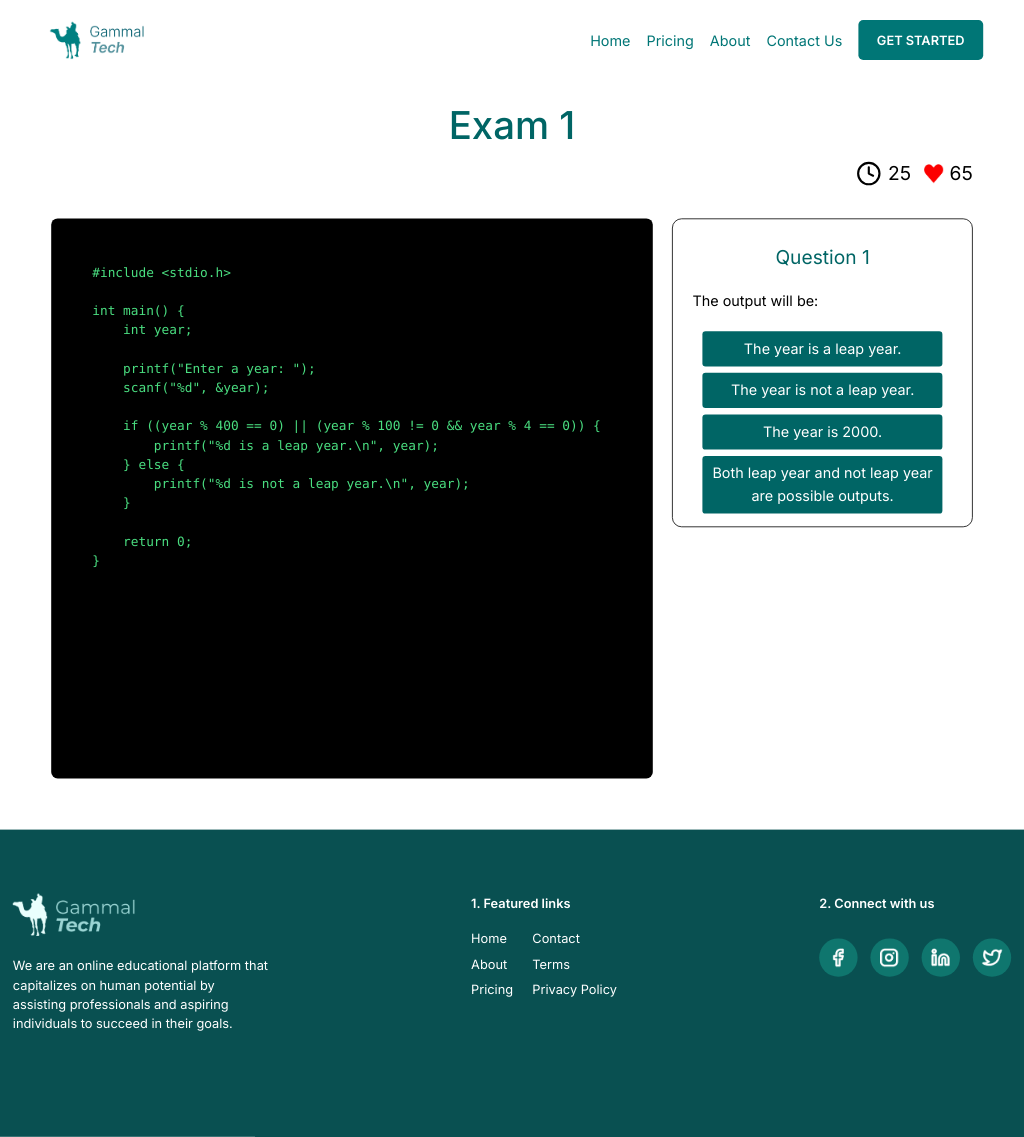
Repository: Ahmed77669/Internship-test
Page: /lessons/exam
These files come from the project's save history. The page is drawn as it stood at one moment and after the next save; the edit follows.
The browser window is 1280 px wide. The pictures show the whole page, at 80% of full size.
The page's requests for data from a server got no answer. The project was rebuilt for these pictures with package versions that can differ from the ones it lists, and the page was loaded fresh each time. The framework's server and built-in components were replaced by stand-ins that run in the browser. No one was signed in, and anything a server would have sent is missing. Also part of the build but not shown: next.config.mjs, components/Header/NavBarAuth.tsx.

Above is the page before, as saved 2024-10-23 22:28:37.

### app/layout.tsx
import type { Metadata } from "next";
import localFont from "next/font/local";
import "@/app/styles/globals.css";
import NavBarHome from "@/components/Header/Navbar";
import NavBarAuth from "@/components/Header/NavBarAuth";
import { Inter } from "next/font/google";
import Footer from "@/components/Footer/Footer";
import { cookies } from "next/headers";


const inter = Inter({
  subsets: ["latin"],
});
const geistSans = localFont({
  src: "./fonts/GeistVF.woff",
  variable: "--font-geist-sans",
  weight: "100 900",
});
const geistMono = localFont({
  src: "./fonts/GeistMonoVF.woff",
  variable: "--font-geist-mono",
  weight: "100 900",
});

export const metadata: Metadata = {
  title: "Gammal Tech Exam",
  description: "Generated by create next app",
};

export default function RootLayout({
  children,
}: Readonly<{
  children: React.ReactNode;
}>)
{
  const cookieStore = cookies();
  const isAuthenticated = cookieStore.get('isAuthenticated')?.value === "true";
  return (
    <html lang="en">
      <body
        className={`${geistSans.variable} ${geistMono.variable} antialiased ${inter.className}`}
      >
        {isAuthenticated ? <NavBarAuth/> : <NavBarHome />}
        {children}
        {/* {router.asPath !== '/lessons/result' && ( */}
        <Footer />
        {/* )} */}
      </body>
    </html>
  );
}

### app/lessons/exam/page.tsx
'use client'
import Cookies from 'js-cookie';  // A library like js-cookie can help
import React, { useState, useEffect } from 'react';
import Image from 'next/image';
import heart from "@/public/Vector.png";
import { Clock } from 'lucide-react';
import questions from '@/app/dummy-data/questions';
import { useRouter } from 'next/navigation';

const Exams = () => {
  const router = useRouter();
  const [seconds, setSeconds] = useState(0);
  const [time, setTime] = useState(30);
  const [questionIndex, setQuestionIndex] = useState(0);
  const [results, setResults] = useState(0);
  const [displayedText, setDisplayedText] = useState('');
  const [index, setIndex] = useState(0);
  const [prevQuestion, setPrevQuestion] = useState('');
  const currentQuestion = questions[questionIndex];
  const typingSpeed = 10;

  useEffect(() => {
    const interval = setInterval(() => {
      setSeconds(prev => prev + 1);
    }, 1000);

    return () => clearInterval(interval);
  }, []);

  useEffect(() => {
    if (currentQuestion && currentQuestion.options) {
      if (prevQuestion !== currentQuestion.question) {
        setDisplayedText('');
        setIndex(0);
        setPrevQuestion(currentQuestion.question);
      }

      if (index < currentQuestion.question.length) {
        const timeout = setTimeout(() => {
          setDisplayedText((prev) => prev + currentQuestion.question.charAt(index));
          setIndex((prev) => prev + 1);
        }, typingSpeed);

        return () => clearTimeout(timeout);
      }
    } else {
      navigateToResultPage();
    }
  }, [index, currentQuestion, prevQuestion]);

  useEffect(() => {
    if (time > 0 && currentQuestion) {
      const timer = setInterval(() => {
        setTime(prevTime => prevTime - 1);
      }, 1000);

      return () => clearInterval(timer);
    } else if (currentQuestion) {
      handleNextQuestion();
    }
  }, [time, currentQuestion]);


  const navigateToResultPage = () => {
    Cookies.set('results', JSON.stringify(results), { expires: 1 });
    Cookies.set('time', String(seconds), { expires: 1 });

    router.push('/lessons/exam/result');
  };

  const handleNextQuestion = () => {
    setTime(30);
    setQuestionIndex(prevIndex => prevIndex + 1);
  };

  const handleAnswerClick = (option: string) => {
    if (option === currentQuestion.answer) {
      setResults(prevResults => prevResults + 1);
    }
    handleNextQuestion();
  };

  if (!currentQuestion) {
    return null;
  }

  return (
    <section className="p-4 md:p-8">
      <h1 className="font-medium mb-5 text-[#006565] text-3xl md:text-5xl text-center">Exam 1</h1>
      <div className="flex justify-end mb-2 pr-2 md:pr-8">
        <div className="flex items-center">
          <Clock color='black' size={20} className="md:w-8 md:h-8" />
          <p className={`ml-2 text-xl md:text-2xl ${time < 11 ? "text-red-500" : "text-black"}`}>{time}</p>
        </div>
        <div className="flex items-center ml-4">
          <Image src={heart} alt='heart image' width={20} height={20} className="md:w-6 md:h-6" />
          <p className="ml-2 text-xl md:text-2xl text-black">65</p>
        </div>
      </div>
      <div className="flex flex-col lg:flex-row justify-between items-center lg:items-start p-2 md:p-8">
        <div className="w-full lg:w-2/3 h-[300px] md:h-[500px] lg:h-[700px] bg-black mb-6 lg:mb-0 rounded-lg p-4 md:p-8 overflow-auto">
          <pre className="text-green-400 text-sm md:text-base">
            {displayedText}
          </pre>
        </div>
        <div className="w-full lg:w-1/3 flex flex-col items-center justify-center lg:ml-6">
          <div className='border border-black rounded-xl p-4 w-full max-w-[400px]'>
            <div className="text-center text-xl md:text-2xl text-[#006565] mt-4">
              Question {currentQuestion.id}
            </div>
            <div className="text-left text-base md:text-lg text-black mt-6 ml-2">The output will be:</div>
            <div className="flex flex-col items-center justify-around mt-4">
              {currentQuestion.options.map((option, index) => (
                <button
                  key={index}
                  className="w-full max-w-[300px] bg-[#006565] text-white text-base md:text-lg py-2 rounded mt-2 hover:bg-[#004d4d]"
                  onClick={() => handleAnswerClick(option)}>
                  {option}
                </button>
              ))}
            </div>
          </div>
        </div>
      </div>
    </section>
  );
};

export default Exams;

### app/styles/globals.css
@tailwind base;
@tailwind components;
@tailwind utilities;

:root {
  --background: #ffffff;
  /* --foreground: #171717; */
}

@media (prefers-color-scheme: dark) {
  :root {
    /* --background: #0a0a0a; */
    --foreground: #ededed;
  }
}

body {
  color: var(--foreground);
  background: var(--background);
  font-family: Arial, Helvetica, sans-serif;
}

@layer utilities {
  .text-balance {
    text-wrap: balance;
  }
}

### components/Header/Navbar.tsx
"use client";
import React, { useEffect, useState } from "react";
import GT_logo from "@/public/gammalTech-logos/Component 6.png";
import Link from "next/link";
import Image from "next/image";
import { Menu } from "lucide-react";
import { X } from "lucide-react";

export default function NavBarHome( )  {
  const [isOpen, setIsOpen] = useState(false);



  const toggleMenu = () => {
    setIsOpen((prev) => !prev);
  };


  useEffect(() => {
    const handleResize = () => {
      if (window.innerWidth > 1024) {
        setIsOpen(false);
      }
    };

    window.addEventListener("resize", handleResize);
    return () => {
      window.removeEventListener("resize", handleResize);
    };
  }, []);

  return (
    <div className={`py-5 container mx-auto w-[92%]`}>
      <nav className="relative">
        <ul className="flex justify-between items-center">
          <li className="min-w-[152px]">

            <Link href="/">
              <Image
                src={GT_logo}
                alt="Gammal Tech Logo"
                width={130}
                className="cursor-pointer"
              />
            </Link>

          </li>
          <div className="hidden md:flex space-x-5">
            <Link
              href="/"
              className="text-[#007676] text-[18px] font-normal flex items-center"
            >
              Home
            </Link>
            <Link
              href="/pricing"
              className="text-[#007676] text-[18px] font-normal flex items-center"
            >
              Pricing
            </Link>
            <Link
              href="/about"
              className="text-[#007676] text-[18px] font-normal flex items-center"
            >
              About
            </Link>
            <Link
              href="/about"
              className="text-[#007676] text-[18px] font-normal flex items-center"
            >
              Contact Us
            </Link>
            <Link
              href="/signup"
            >
            <button className="bg-[#007676] text-white rounded-md w-[156px] h-[50px] text-[16px] font-semibold  py-1 px-3 transition-all duration-300 ease-in-out hover:bg-[#005555] hover:shadow-lg">
              GET STARTED
            </button>
            </Link>
          </div>
          <div className="md:hidden flex items-center">
            <button
              onClick={toggleMenu}
              className="text-[#007676] focus:outline-none"
            >
              {isOpen ? (
                <X size={40} color="#007676" strokeWidth={2} />
              ) : (
                <Menu size={40} color="#007676" strokeWidth={2} />
              )}
            </button>
          </div>
        </ul>

        {isOpen && (
          <div className="absolute right-0 mt-2 w-full bg-white shadow-lg rounded-lg z-20 transition-transform transform origin-top-right scale-100">
            <div className="flex flex-col items-center justify-center mx-auto p-4">
              <Link
                href="/"
                className="text-[#007676] text-lg font-semibold hover:bg-[#f0f0f0] transition duration-200 p-3 rounded-lg text-center w-full"
                onClick={() => setIsOpen(false)}
              >
                Home
              </Link>
              <Link
                href="/pricing"
                className="text-[#007676] text-lg font-semibold hover:bg-[#f0f0f0] transition duration-200 p-3 rounded-lg text-center w-full"
                onClick={() => setIsOpen(false)}
              >
                Pricing
              </Link>
              <Link
                href="/about"
                className="text-[#007676] text-lg font-semibold hover:bg-[#f0f0f0] transition duration-200 p-3 rounded-lg text-center w-full"
                onClick={() => setIsOpen(false)}
              >
                About Us
              </Link>

              <button
                className="mt-4 bg-[#007676] text-white text-lg font-semibold py-2 px-6 rounded-lg hover:bg-[#005c5c] transition duration-200"
                onClick={() => setIsOpen(false)}
              >
                GET STARTED
              </button>
            </div>
          </div>
        )}
      </nav>
    </div>
  );
};

// export default NavBarHome;

### components/Footer/Footer.tsx
import React from 'react';
import Image from "next/image";
import footerLogo from "@/public/gammalTech-logos/footer-logo.png";
import Link from 'next/link';
import linkdin from "@/public/socialmediaIcons/linkdin.png";
import facebook from "@/public/socialmediaIcons/Facebook.png";
import instagram from "@/public/socialmediaIcons/Instagram.png";
import twitter from "@/public/socialmediaIcons/Twitter.png";

const Footer = () => {
  return (

      <section className= "bg-[#095051] py-20 min-h-96 h-auto">
        <div className="container mx-auto px-4 ">
          <div className="flex justify-between flex-wrap ">
            <div className='mb-10'>
              <div className="mb-6">
                <Image src={footerLogo} alt='Gammal Tech Logo' width={152} />
              </div>
              <div className="text-white w-80">
                We are an online educational platform that capitalizes on human potential by assisting professionals and aspiring individuals to succeed in their goals.
              </div>
            </div>

            <div className="text-white flex flex-col mb-10">
              <p className="font-semibold mb-5">1. Featured links</p>
              <div className="flex justify-between ">
                <div className="space-y-2 mr-6">
                  <p className='cursor-pointer'>Home</p>
                  <p className='cursor-pointer'>About</p>
                  <p className='cursor-pointer'>Pricing</p>
                </div>
                <div className="space-y-2">
                  <p className='cursor-pointer'>Contact</p>
                  <p className='cursor-pointer'>Terms</p>
                  <p className='cursor-pointer'>Privacy Policy</p>
                </div>
              </div>
            </div>

            <div>
              <p className="text-white font-semibold mb-8">2. Connect with us</p>
              <div className="flex space-x-4">
                <Link href="https://www.facebook.com/gammal.tech/?locale=ar_AR" passHref target='_blank'>
                  <div className="w-12 h-12 bg-teal-700 rounded-full flex items-center justify-center cursor-pointer">
                    <Image src={facebook} alt='Facebook Logo' />
                  </div>
                </Link>
                <Link href="https://www.instagram.com/gammal.tech/?hl=ar" passHref target='_blank'>
                  <div className="w-12 h-12 bg-teal-700 rounded-full flex items-center justify-center cursor-pointer">
                    <Image src={instagram} alt='Instagram Logo' />
                  </div>
                </Link>
                <Link href="https://www.linkedin.com/company/gammal-tech/" passHref target='_blank'>
                  <div className="w-12 h-12 bg-teal-700 rounded-full flex items-center justify-center cursor-pointer">
                    <Image src={linkdin} alt='LinkedIn Logo' />
                  </div>
                </Link>
                <Link href="https://x.com/gammaltech?lang=ar" passHref target='_blank'>
                  <div className="w-12 h-12 bg-teal-700 rounded-full flex items-center justify-center cursor-pointer">
                    <Image src={twitter} alt='Twitter Logo' />
                  </div>
                </Link>
              </div>
            </div>
          </div>
        </div>
      </section>
  );
};

export default Footer;

### app/dummy-data/questions.tsx
const questions = [
    {
      id: 1,
      question: `
  #include <stdio.h>

  int main() {
      int year;

      printf("Enter a year: ");
      scanf("%d", &year);

      if ((year % 400 == 0) || (year % 100 != 0 && year % 4 == 0)) {
          printf("%d is a leap year.\\n", year);
      } else {
          printf("%d is not a leap year.\\n", year);
      }

      return 0;
  }`, // C code as a template literal
      options: [
        "The year is a leap year.",
        "The year is not a leap year.",
        "The year is 2000.",
        "Both leap year and not leap year are possible outputs."
      ],
      answer: "Both leap year and not leap year are possible outputs.",
    },
    {
      id: 2,
      question: `
  #include <stdio.h>

  int main() {
      int n, i;
      unsigned long long factorial = 1;

      printf("Enter an integer: ");
      scanf("%d", &n);

      if (n < 0) {
          printf("Error! Factorial of a negative number doesn't exist.\\n");
      } else {
          for (i = 1; i <= n; ++i) {
              factorial *= i;
          }
          printf("Factorial of %d = %llu\\n", n, factorial);
      }

      return 0;
  }`, // C code as a template literal
      options: [
        "Factorial of 0 is 1.",
        "Factorial of 5 is 120.",
        "Factorial of -1 results in an error.",
        "All of the above."
      ],
      answer: "All of the above.",
    },
    {
      id: 3,
      question: `
  #include <stdio.h>

  int main() {
      int n, reversed = 0, remainder;

      printf("Enter an integer: ");
      scanf("%d", &n);

      while (n != 0) {
          remainder = n % 10;
          reversed = reversed * 10 + remainder;
          n /= 10;
      }

      printf("Reversed number: %d\\n", reversed);

      return 0;
  }`, // C code as a template literal
      options: [
        "The input number is unchanged.",
        "The reversed number is printed.",
        "Negative numbers cannot be reversed.",
        "All of the above."
      ],
      answer: "The reversed number is printed.",
    },
  ];

  export default questions;

### tailwind.config.js
/** @type {import('tailwindcss').Config} */
module.exports = {
  content: [
    './components/**/*.{js,ts,jsx,tsx}',
    './app/**/*.{js,ts,jsx,tsx}',
    './middleware.ts'
  ],
  theme: {
    extend: {},
  },
  plugins: [],
}

After the next save:
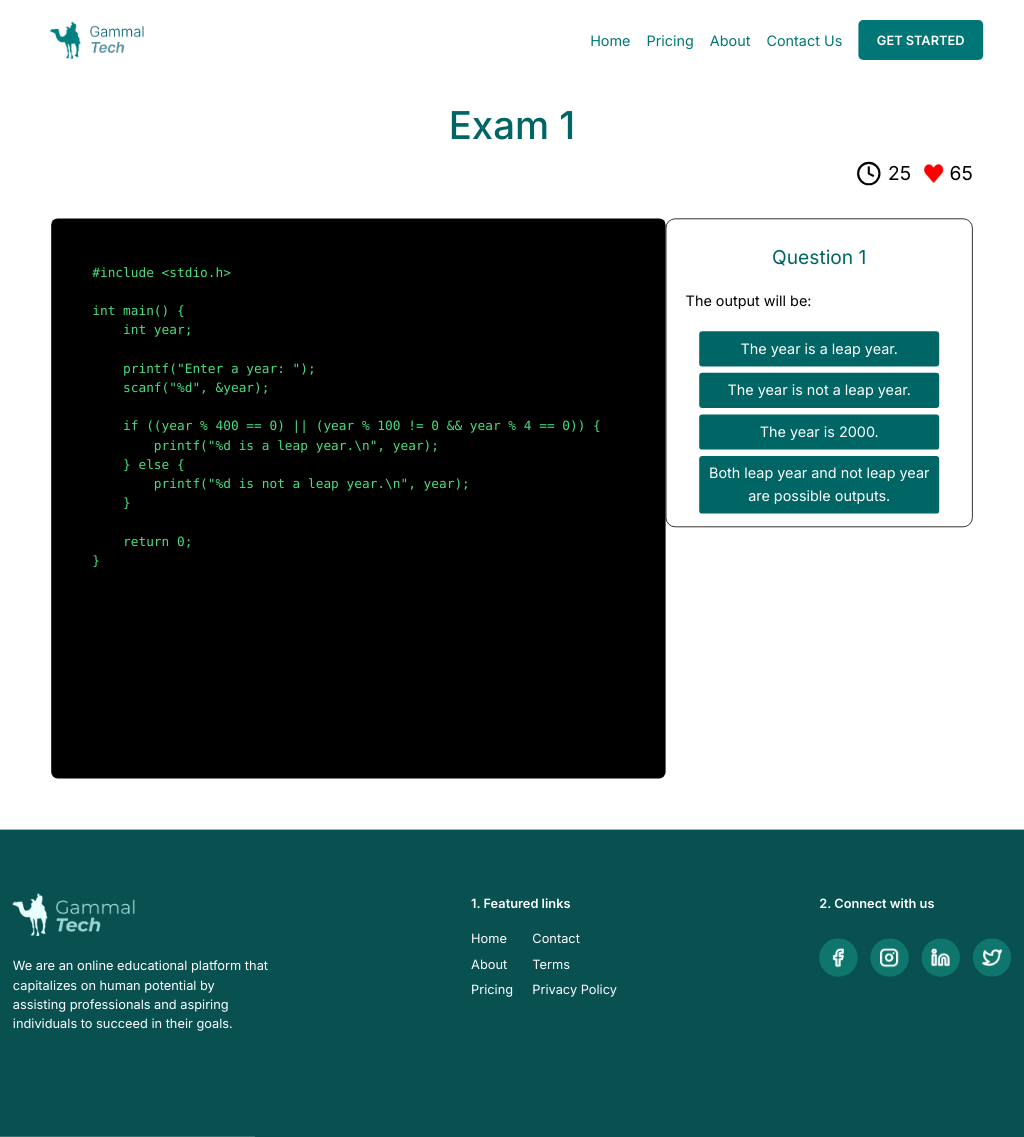
Saved 2 min 31 s later.
--- a/app/lessons/exam/page.tsx
+++ b/app/lessons/exam/page.tsx
@@ -103,7 +103,7 @@
             {displayedText}
           </pre>
         </div>
-        <div className="w-full lg:w-1/3 flex flex-col items-center justify-center lg:ml-6">
+        {/* <div className="w-full lg:w-1/3 flex flex-col items-center justify-center lg:ml-6">
           <div className='border border-black rounded-xl p-4 w-full max-w-[400px]'>
             <div className="text-center text-xl md:text-2xl text-[#006565] mt-4">
               Question {currentQuestion.id}
@@ -120,7 +120,28 @@
               ))}
             </div>
           </div>
-        </div>
+        </div> */}
+        <div className="w-full lg:w-1/3 flex flex-col items-center justify-center">
+  <div className="border border-black rounded-xl p-4 w-full max-w-[400px]">
+    <div className="text-center text-xl md:text-2xl text-[#006565] mt-4">
+      Question {currentQuestion.id}
+    </div>
+    <div className="text-left text-base md:text-lg text-black mt-6 ml-2">
+      The output will be:
+    </div>
+    <div className="flex flex-col items-center justify-around mt-4">
+      {currentQuestion.options.map((option, index) => (
+        <button
+          key={index}
+          className="w-full max-w-[300px] bg-[#006565] text-white text-base md:text-lg py-2 rounded mt-2 hover:bg-[#004d4d]"
+          onClick={() => handleAnswerClick(option)}>
+          {option}
+        </button>
+      ))}
+    </div>
+  </div>
+</div>
+
       </div>
     </section>
   );

After the save that followed:
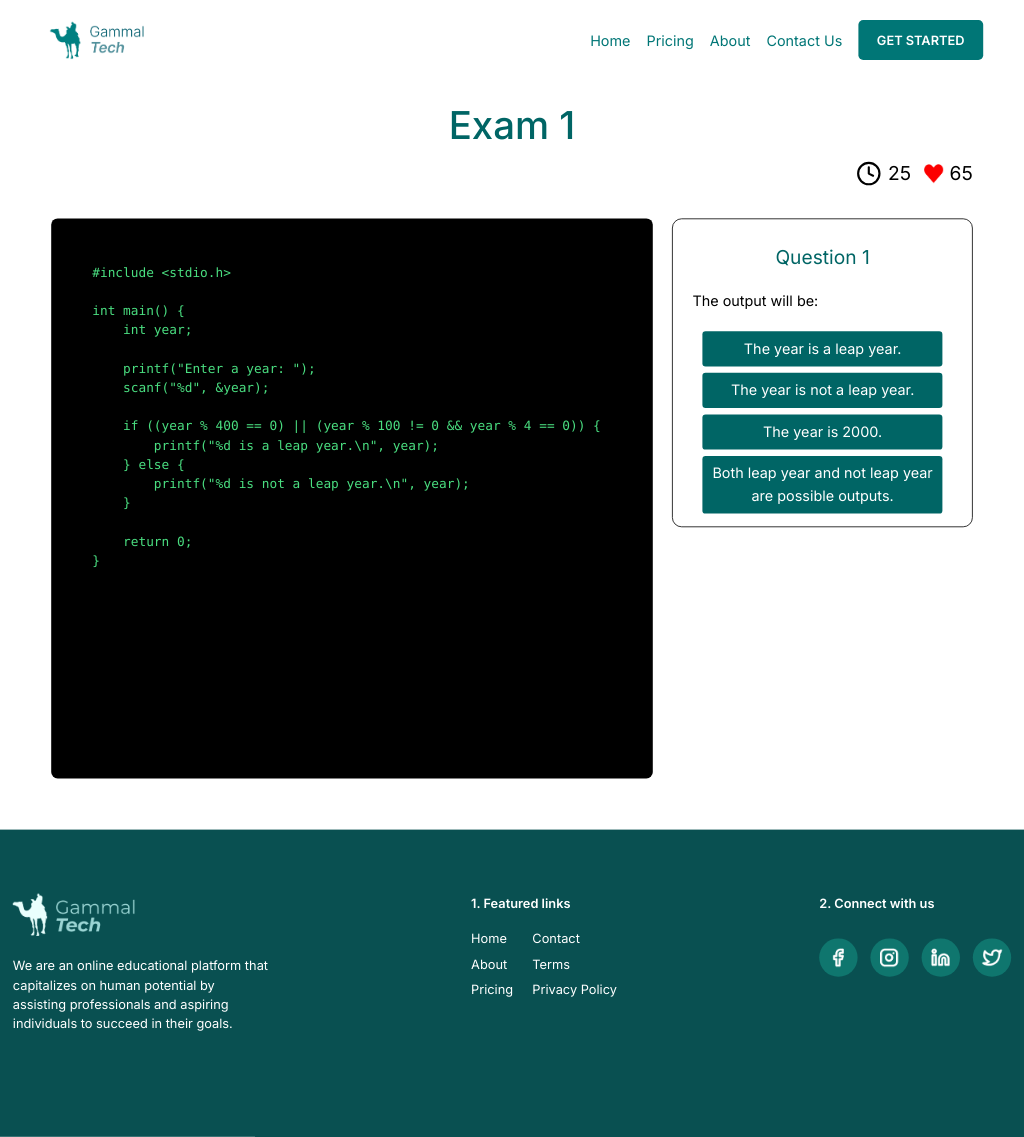
Saved 65 s later.
--- a/app/lessons/exam/page.tsx
+++ b/app/lessons/exam/page.tsx
@@ -103,7 +103,7 @@
             {displayedText}
           </pre>
         </div>
-        {/* <div className="w-full lg:w-1/3 flex flex-col items-center justify-center lg:ml-6">
+        <div className="w-full lg:w-1/3 flex flex-col items-center justify-center lg:ml-6 lg:items-center">
           <div className='border border-black rounded-xl p-4 w-full max-w-[400px]'>
             <div className="text-center text-xl md:text-2xl text-[#006565] mt-4">
               Question {currentQuestion.id}
@@ -120,27 +120,8 @@
               ))}
             </div>
           </div>
-        </div> */}
-        <div className="w-full lg:w-1/3 flex flex-col items-center justify-center">
-  <div className="border border-black rounded-xl p-4 w-full max-w-[400px]">
-    <div className="text-center text-xl md:text-2xl text-[#006565] mt-4">
-      Question {currentQuestion.id}
-    </div>
-    <div className="text-left text-base md:text-lg text-black mt-6 ml-2">
-      The output will be:
-    </div>
-    <div className="flex flex-col items-center justify-around mt-4">
-      {currentQuestion.options.map((option, index) => (
-        <button
-          key={index}
-          className="w-full max-w-[300px] bg-[#006565] text-white text-base md:text-lg py-2 rounded mt-2 hover:bg-[#004d4d]"
-          onClick={() => handleAnswerClick(option)}>
-          {option}
-        </button>
-      ))}
-    </div>
-  </div>
-</div>
+        </div>
+
 
       </div>
     </section>
